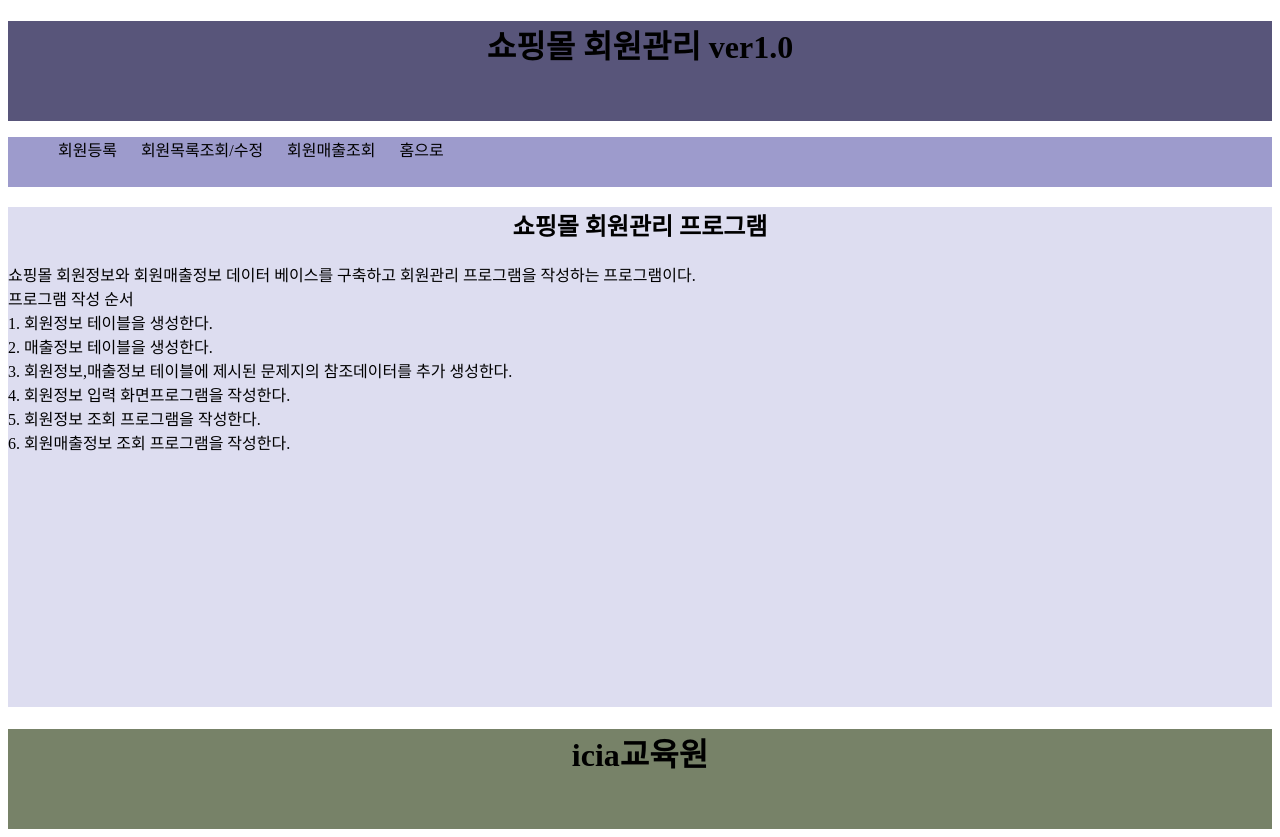
Repository: Kim-seongjun/javastudy2
Page: http://localhost/back_end_test/
The author's editor kept a copy of each file at every save. The page is drawn from the files as they stood at one save, then again after the next save.
The browser window is 1280 px wide. The pictures show the whole page.
The page is served by Tomcat 9.

Above is the page before, as saved 2020-01-22 01:48:52.

After the next save:
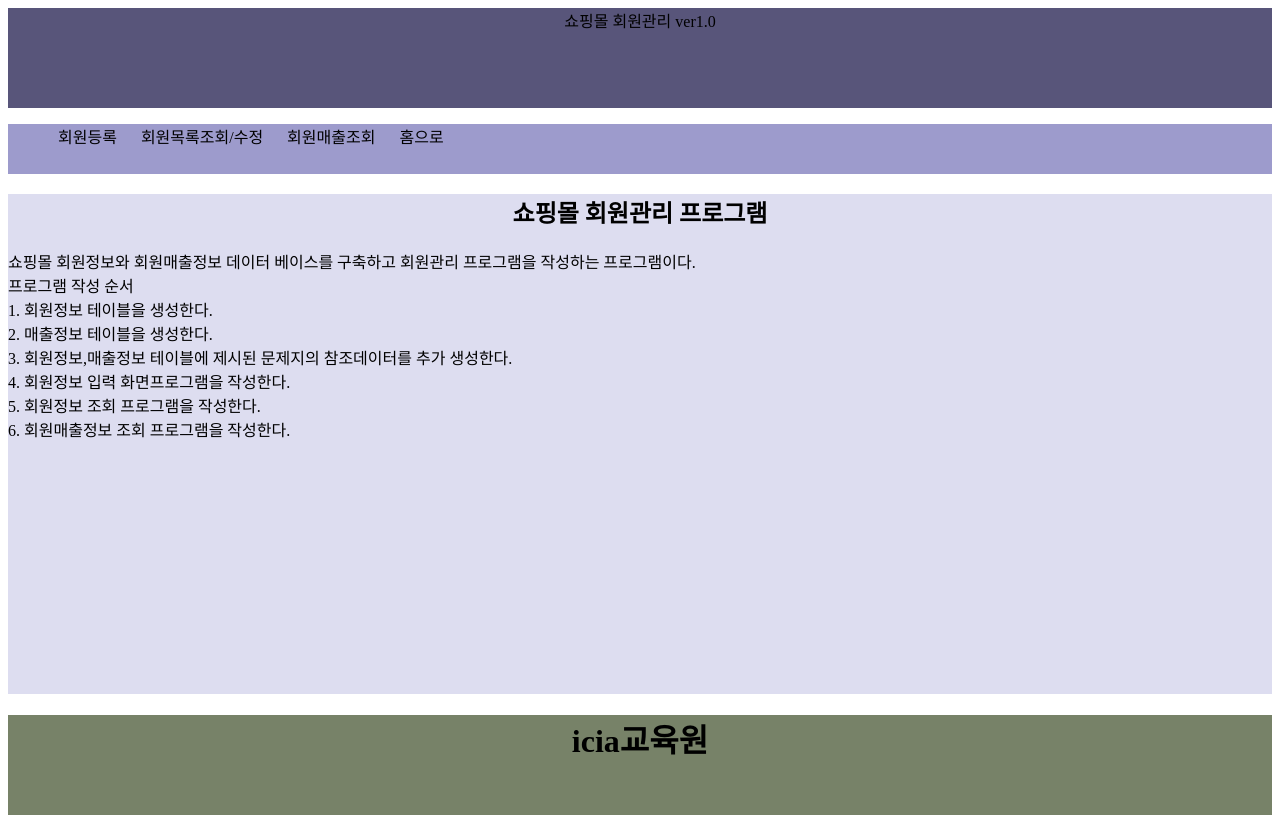
Saved 59 s later.
--- a/back_end_test/WebContent/header.jsp
+++ b/back_end_test/WebContent/header.jsp
@@ -10,6 +10,6 @@
 </style>
 </head>
 <body>
-<h1>쇼핑몰 회원관리 ver1.0</h1>
+쇼핑몰 회원관리 ver1.0
 </body>
 </html>

After the save that followed:
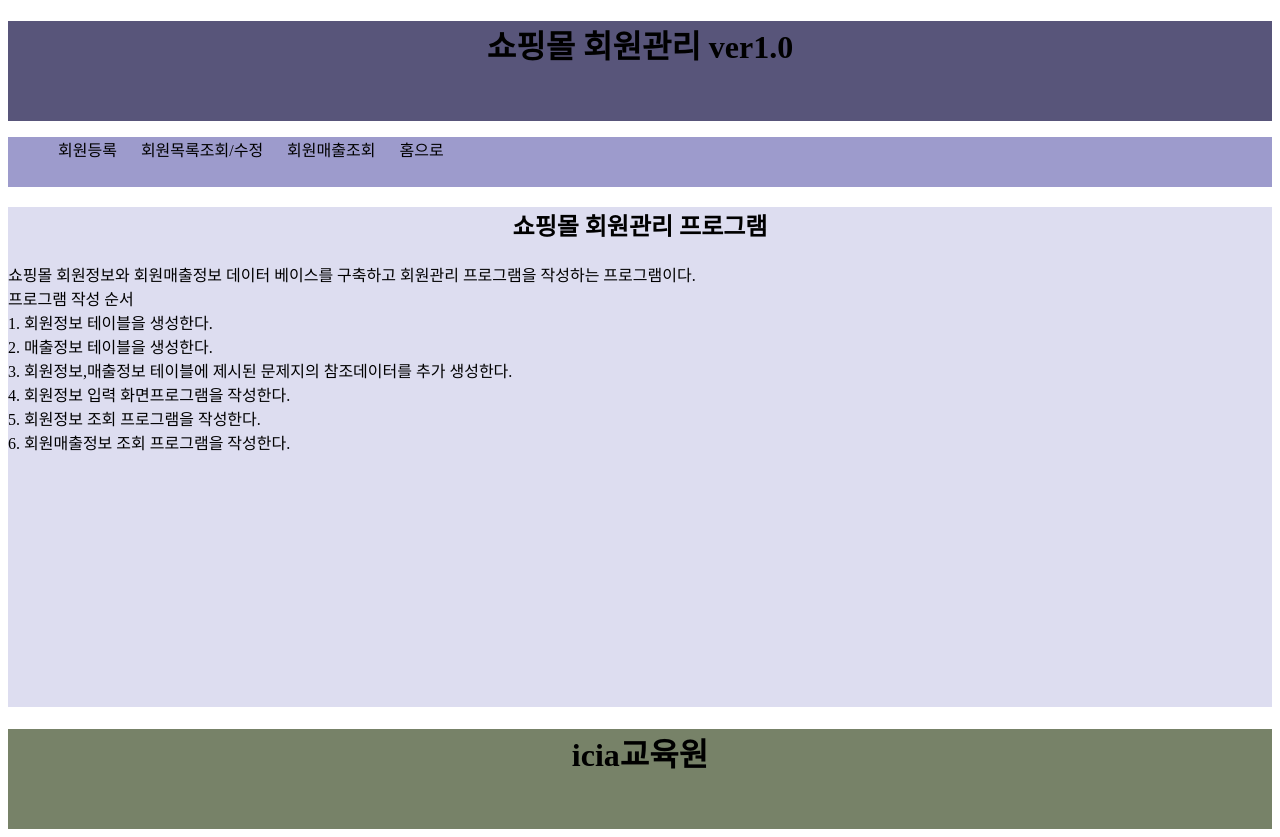
Saved 14 s later.
--- a/back_end_test/WebContent/header.jsp
+++ b/back_end_test/WebContent/header.jsp
@@ -10,6 +10,6 @@
 </style>
 </head>
 <body>
-쇼핑몰 회원관리 ver1.0
+<h1>쇼핑몰 회원관리 ver1.0</h1>
 </body>
 </html>
